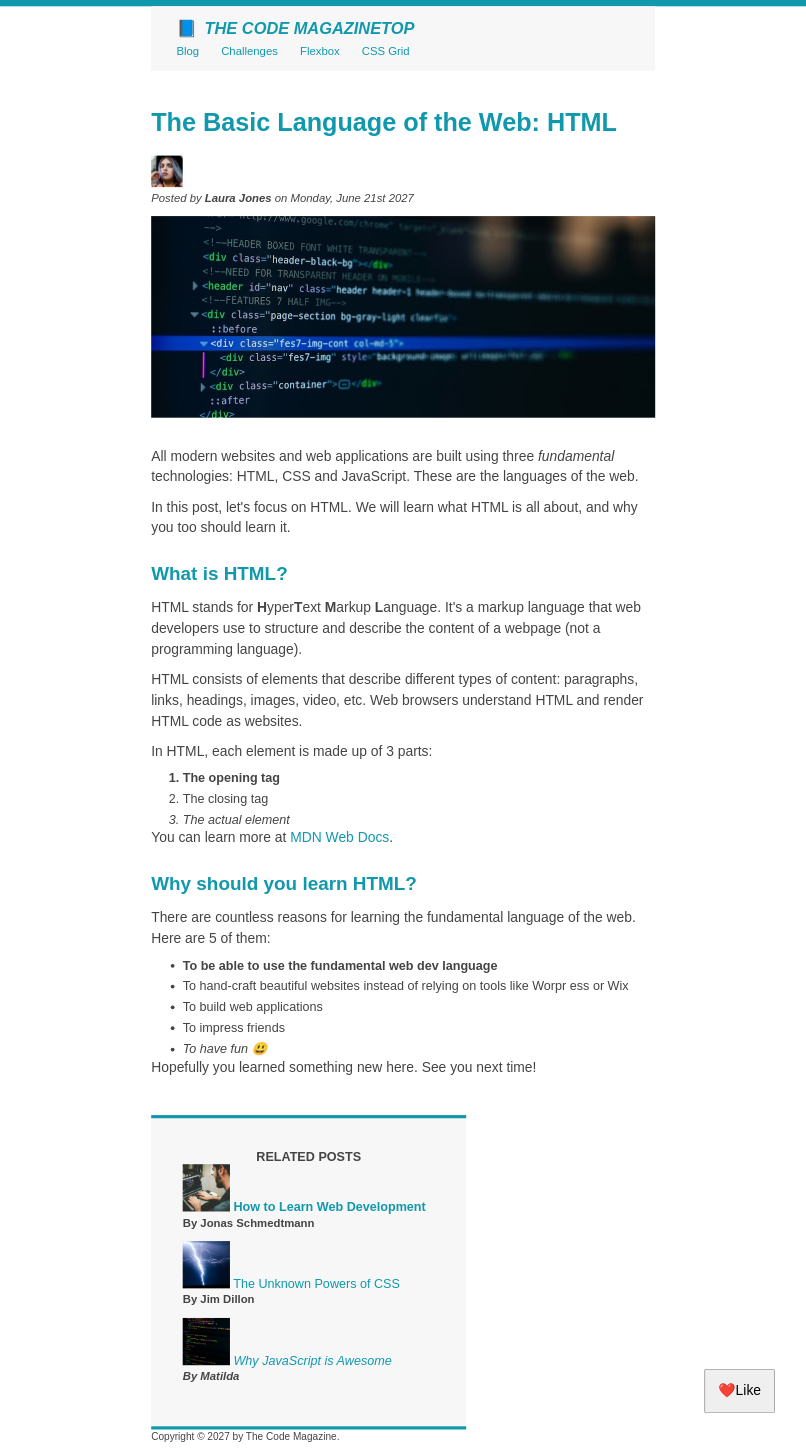
Repository: sunny070/CSS
Page: #1/index.html
These files come from the project's save history. The page is drawn as it stood at one moment and after the next save; the edit follows.
The browser window is 1280 px wide. The pictures show the whole page, at 63% of full size.

Above is the page before, as saved 2023-11-06 13:05:07.

### #1/index.html
<!DOCTYPE html>
<html lang="en">
  <head>
    <meta charset="UTF-8" />
    <title>The Basic Language of the Web: HTML</title>
    <link rel="stylesheet" href="style.css">
  </head>

  <body>
    <!--
    <h1>The Basic Language of the Web: HTML</h1>
    <h2>The Basic Language of the Web: HTML</h2>
    <h3>The Basic Language of the Web: HTML</h3>
    <h4>The Basic Language of the Web: HTML</h4>
    <h5>The Basic Language of the Web: HTML</h5>
    <h6>The Basic Language of the Web: HTML</h6>
    -->
<div class="container">
    <header class="main-header">
      <h1>📘 The Code Magazine</h1>

      <nav>
        <a href="blog.html">Blog</a>
        <a href="#">Challenges</a>
        <a href="#">Flexbox</a>
        <a href="#">CSS Grid</a>
      </nav>
    </header>

    <article>
      <!-- <p>Test</p> -->
      <header class="post-header">
        <h2>The Basic Language of the Web: HTML</h2>

        <img
          src="img/laura-jones.jpg"
          alt="Headshot of Laura Jones"
          height="50"
          width="50"

        />

        <p id="author">Posted by <strong>Laura Jones</strong> on Monday, June 21st 2027</p>

        <img
          src="img/post-img.jpg"
          alt="HTML code on a screen"
          width="500"
          height="200"
          class="post-img"
        />
  <button class="">❤️Like</button>

      </header>

      <p>
        All modern websites and web applications are built using three
        <em>fundamental</em>
        technologies: HTML, CSS and JavaScript. These are the languages of the
        web.
      </p>

      <p>
        In this post, let's focus on HTML. We will learn what HTML is all about,
        and why you too should learn it.
      </p>

      <h3>What is HTML?</h3>
      <p>
        HTML stands for <strong>H</strong>yper<strong>T</strong>ext
        <strong>M</strong>arkup <strong>L</strong>anguage. It's a markup
        language that web developers use to structure and describe the content
        of a webpage (not a programming language).
      </p>
      <p>
        HTML consists of elements that describe different types of content:
        paragraphs, links, headings, images, video, etc. Web browsers understand
        HTML and render HTML code as websites.
      </p>
      <p>In HTML, each element is made up of 3 parts:</p>

      <ol>
        <li class="first-li">The opening tag</li>
        <li>The closing tag</li>
        <li>The actual element</li>
      </ol>

      <p>
        You can learn more at
        <a
          href="https://developer.mozilla.org/en-US/docs/Web/HTML"
          target="_blank"
          >MDN Web Docs</a
        >.
      </p>

      <h3>Why should you learn HTML?</h3>

      <p>
        There are countless reasons for learning the fundamental language of the
        web. Here are 5 of them:
      </p>

      <ul>
        <li class="first-li">To be able to use the fundamental web dev language</li>
        <li>
          To hand-craft beautiful websites instead of relying on tools like
          Worpr ess or Wix
        </li>
        <li>To build web applications</li>
        <li>To impress friends</li>
        <li>To have fun 😃</li>
      </ul>

      <p>Hopefully you learned something new here. See you next time!</p>
    </article>

    <aside>
      <h4>Related posts</h4>

      <ul class="related">
        <li>
          <img
            src="img/related-1.jpg"
            alt="Person programming"
            width="75"
            width="75"
          />
          <a href="#">How to Learn Web Development</a>
          <p class="related-author">By Jonas Schmedtmann</p>
        </li>
        <li>
          <img src="img/related-2.jpg" alt="Lightning" width="75" heigth="75" />
          <a href="#">The Unknown Powers of CSS</a>
          <p class="related-author">By Jim Dillon</p>
        </li>
        <li>
          <img
            src="img/related-3.jpg"
            alt="JavaScript code on a screen"
            width="75"
            height="75"
          />
          <a href="#">Why JavaScript is Awesome</a>
          <p class="related-author">By Matilda</p>
        </li>
      </ul>
    </aside>

    <footer> <p id="copyright" class="copyright text">Copyright &copy; 2027 by The Code Magazine.</p> </footer>
  </div>
  </body>
</html>

### #1/style.css
*{
    margin:0;
    padding:0;
    box-sizing: border-box;

}

/* PAGE SECTION */
body{
    /* color:red; */
    color:#444;
    font-family: sans-serif;
    border-top:10px solid #1098ad;
    position: relative;

}
.container{
    width: 800px;
    /* margin-left: auto;
    margin-right: auto; */
    margin:0 auto;
    /* position: relative; */

}
.main-header{
    background-color:#f7f7f7 ;
    /* padding: 20px;
    padding-left: 40px;
    padding-right:40px; */
    padding:20px 40px;
    margin-bottom:60px;
    /* height:80px; */
}
nav {
    font-size: 18px;
    }

article{
    margin-bottom:60px;
}



.post-header{
    margin-bottom:40px;
    /* position: relative; */

}
aside{
    background-color:#f7f7f7;
    border-top: 5px solid #1098ad;
    border-bottom: 5px solid #1098ad;
    /* padding-top:50px;
    padding-bottom:50px; */
    padding: 50px 0;
    width:500px;

}
/* SMALLER ELEMENTS */
h1,h2,h3{
    color:#1098ad;
}

h1{

    font-size: 26px;

    text-transform: uppercase;
    font-style: italic;

}
h2{
    font-size: 40px;
    margin-bottom:30px;


}
h3{
    font-size: 30px;
    margin-bottom:20px;
    margin-top:40px;

}
h4{
    font-size:20px;
    font-family:sans-serif;
    text-transform: uppercase;
    text-align: center;
}
p{
    font-size: 22px;
    /* display:inline ; */
    line-height: 1.5;
    margin-bottom:15px;
}

ul,ol{
    margin-left:50px;
}
li{
    /* display:inline ; */
    font-size: 20px;
    margin-bottom:10px ;
}
li:last-child{
    margin-bottom: 0;
}
/* footer p{
    font-size:16px ;
} */

/* article header p{
    font-style: italic;
} */

#author{
    font-style: italic;
    font-size: 18px;
}
#copyright{
    font-size :16px;
}

.related-author{
    font-size:18px;
    font-weight:bold;
}
/* ul{
  list-style: none;
} */

.related{
    list-style: none;
}


/* .first-li{
    font-weight: bold;
} */
li:first-child{
    font-weight: bold;
}

li:last-child{
    font-style: italic;
}
li:nth-child(even){
    /* color:red; */
}

/* Misconception this won't work */
article p:first-child{
    color:red;
}

/* Style Links */
a:link{
    color:#1098ad;
    text-decoration: none;
}
a:visited{
    /* color:#777;
     */
     color: #1098ad;
}
a:hover{
    cursor: pointer;
    color:orange;
    font-weight: bold;
    text-decoration: underline orangered;
}
a:active{
    background-color:black;
    font-style: italic;
}
/* LVHA */

.post-img{
    width:100%;
    height: auto;
    /* margin: 100px; */
}
nav a:link{
    /* background-color: orangered;
    margin: 20px;
    padding: 20px;
    display: block; */
    margin-right:30px ;
    margin-top:10px;
    display: inline-block;
}
nav a:link:last-child{
    margin-right: 0;
}
button{
    font-size: 22px;
    padding: 20px;
    cursor:pointer;
    position: absolute;
    /* top: 50px;
    left: 50px; */
    bottom: 50px;
    right: 50px;
}
h1::first-letter{
    font-style:normal;
    margin-right:5px;
}
h3 + p::first-line{
    /* color:red;  */
}

h1::after{
    content:"TOP";
}
/* resolving conflicts */
/* #copyright{
    color:red;
}
.copyright{
    color:blue;
}
.text{
    color:yellow;
}

footer p{
    color: #000;
} */

After the next save:
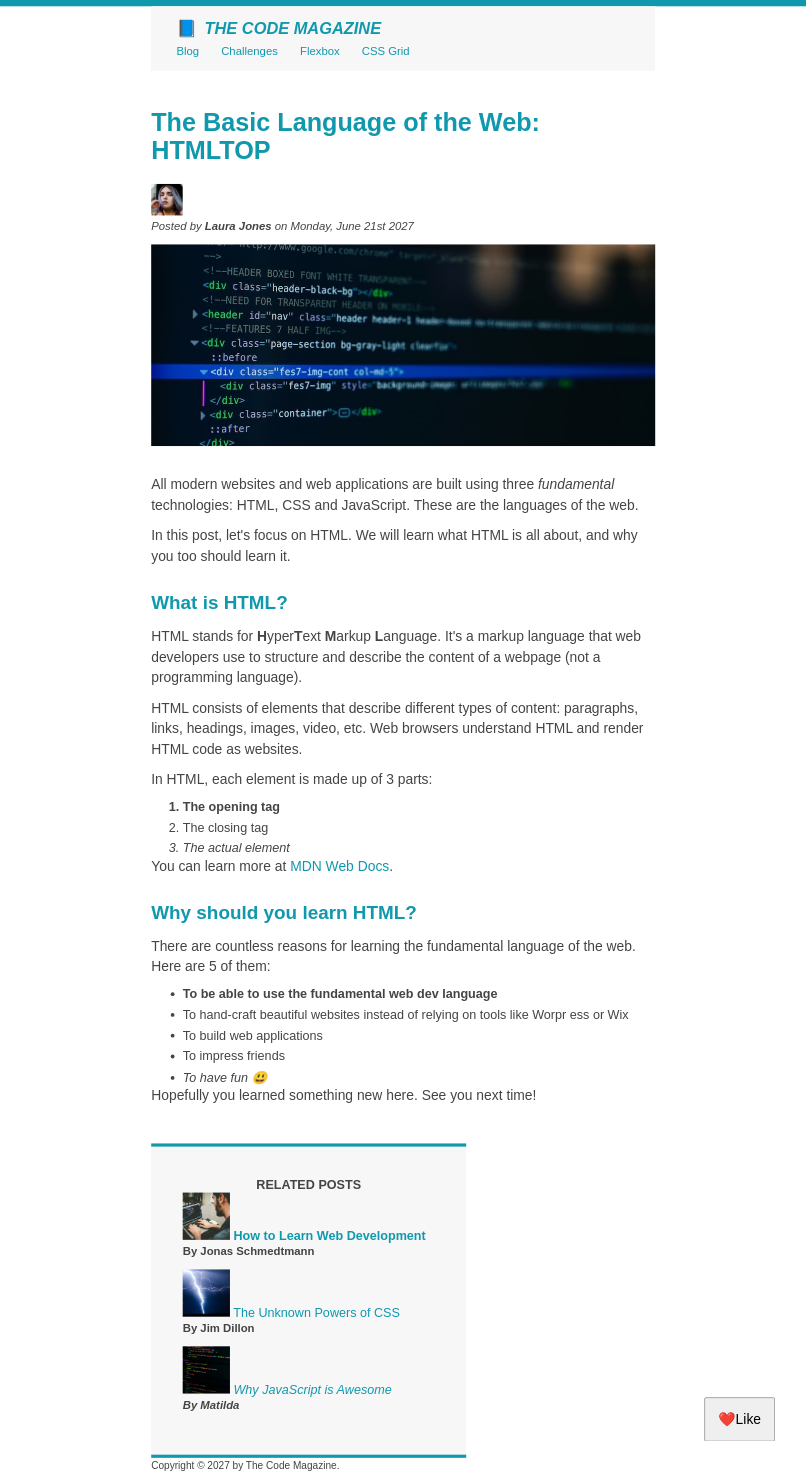
Saved 24 s later.
--- a/#1/style.css
+++ b/#1/style.css
@@ -210,7 +210,7 @@ h3 + p::first-line{
     /* color:red;  */
 }
 
-h1::after{
+h2::after{
     content:"TOP";
 }
 /* resolving conflicts */
